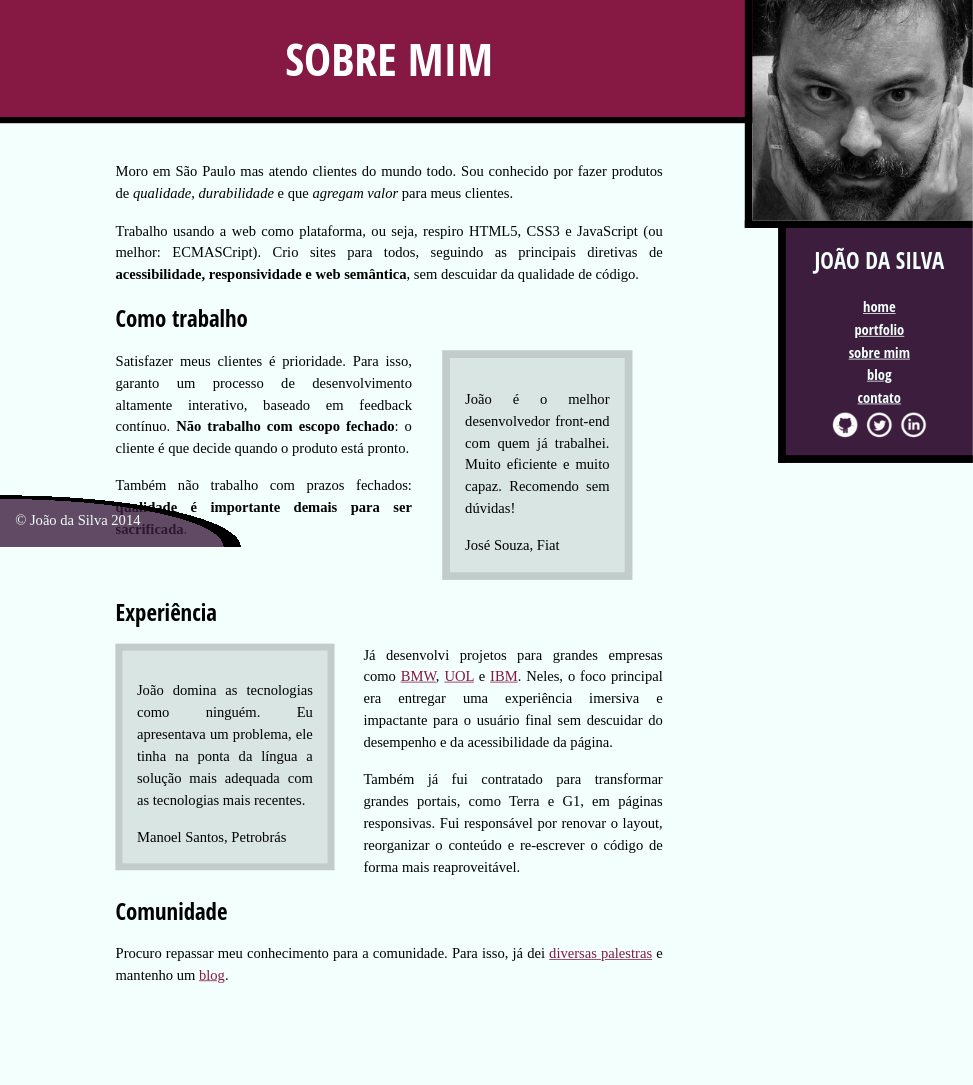
Repository: MichelMiola/html5Css3Avancado
Page: projeto/bio.html
These files come from the project's save history. The page is drawn as it stood at one moment and after the next save; the edit follows.
The browser window is 1280 px wide. The pictures show the whole page, at 76% of full size.
Some web fonts or font styles are not loaded; a fallback is used.

Above is the page before, as saved 2015-03-24 18:32:57.

After the next save:
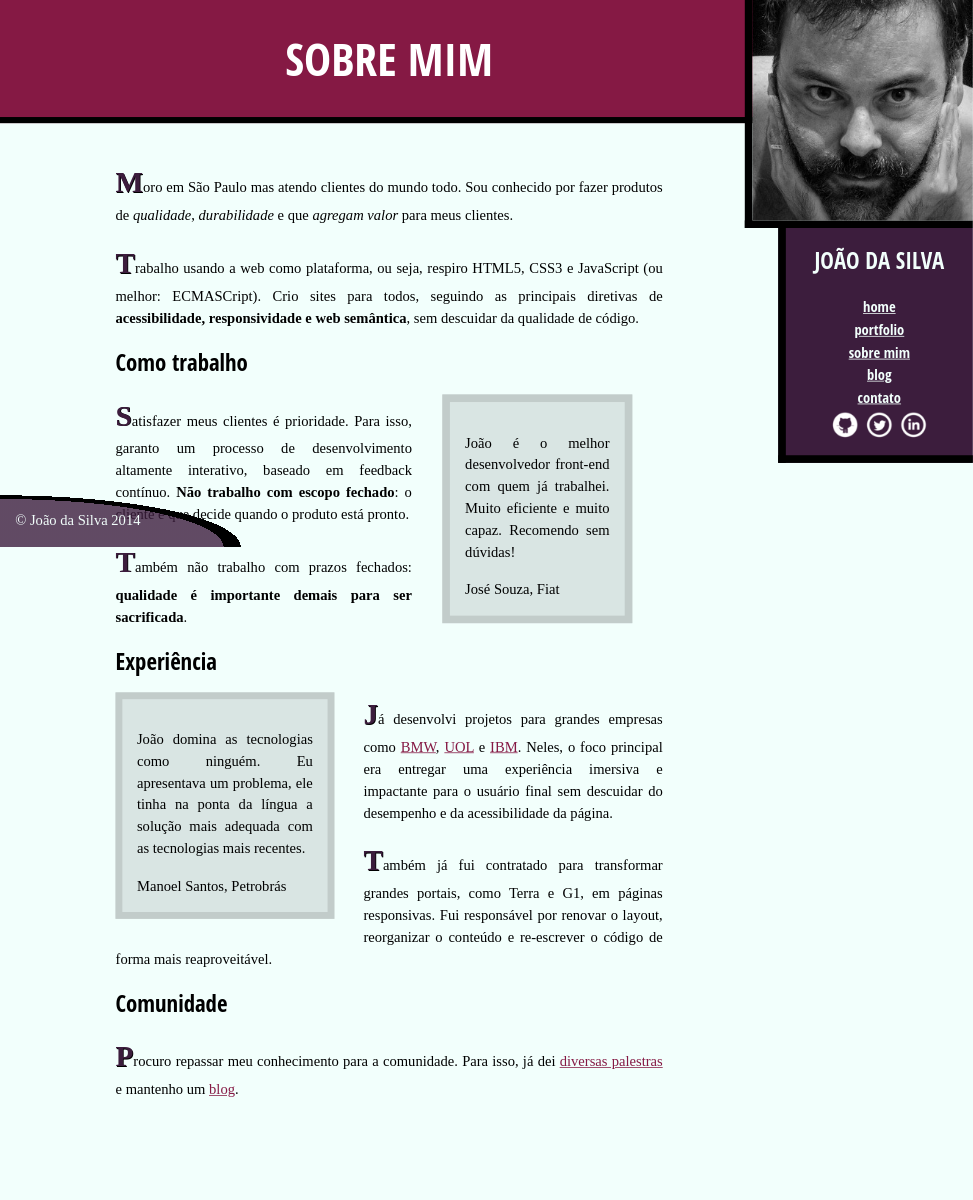
Saved 8 min 1 s later.
--- a/projeto/css/bio.css
+++ b/projeto/css/bio.css
@@ -29,3 +29,10 @@ blockquote:nth-of-type(odd) {
 .citacao-bio:nth-of-type(even):focus {
     transform: scale(1.2) rotate(-5deg);
 }
+
+.container > p::first-letter {
+  font-size: 200%;
+  font-weight: bold;
+  color: #3C1D3D;
+  text-shadow: 1px 1px #000;
+}
